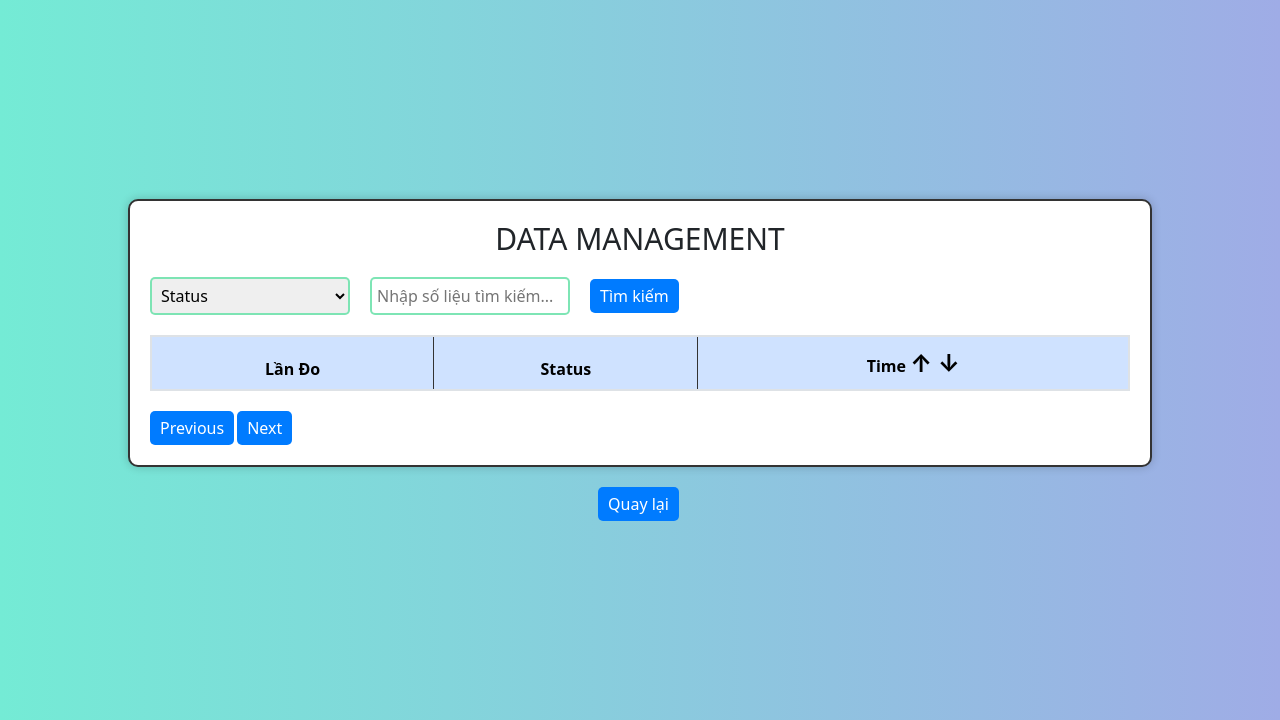
Repository: ndmq03102002/BTL_IOT
Page: Fontend_IOT/iot/history.html
These files come from the project's save history. The page is drawn as it stood at one moment and after the next save; the edit follows.
The browser window is 1280 px wide. The pictures show the whole page.
The page's requests for data from a server got no answer. Some web libraries are served in a nearby version.

Above is the page before, as saved 2023-11-03 09:35:02.

After the next save:
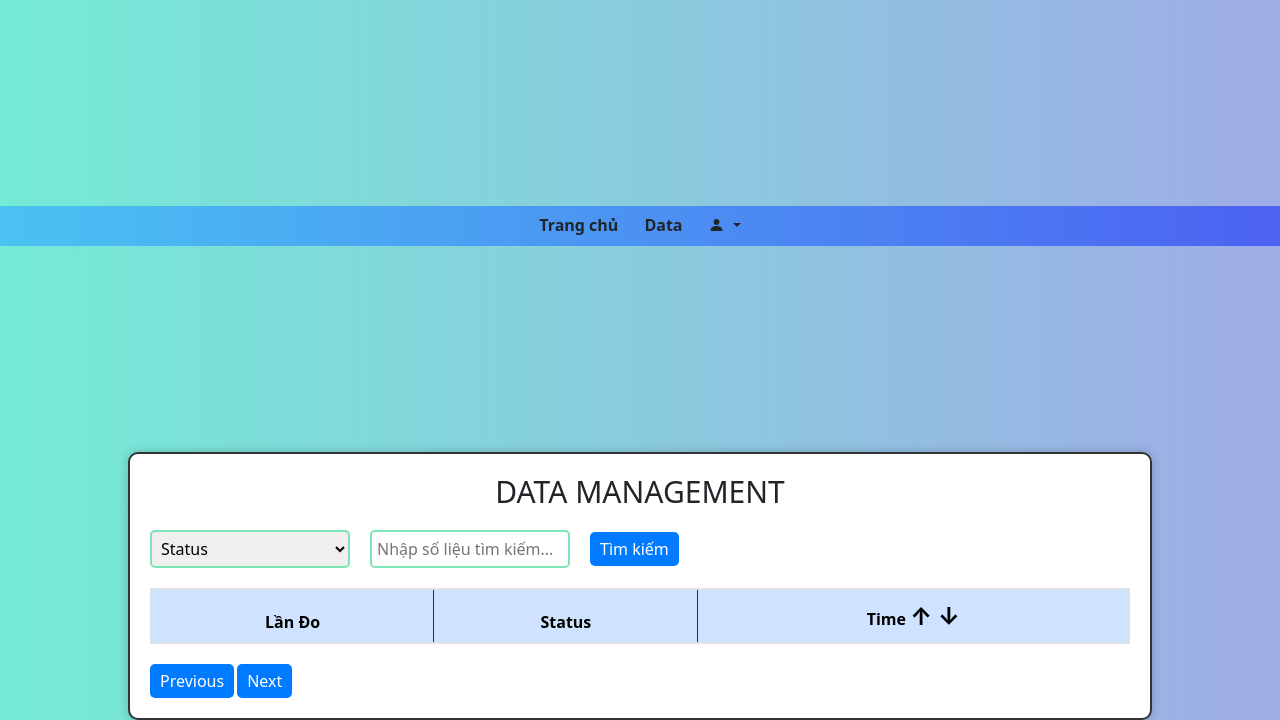
Saved 2 min 15 s later.
--- a/Fontend_IOT/iot/history.html
+++ b/Fontend_IOT/iot/history.html
@@ -3,8 +3,13 @@
 <head>
     <meta charset="UTF-8">
     <meta name="viewport" content="width=device-width, initial-scale=1.0">
-    <title>Data</title>
+    <title>Document</title>
+    <link rel="stylesheet" href="style.css">
     <link rel="stylesheet" href="bootstrap/css/bootstrap.css">
+    <script src="https://cdnjs.cloudflare.com/ajax/libs/Chart.js/2.9.4/Chart.js"></script>
+    <script src="https://kit.fontawesome.com/1be2f108e2.js" crossorigin="anonymous"></script>
+    <link rel="stylesheet" href="https://cdn.jsdelivr.net/npm/bootstrap-icons@1.10.5/font/bootstrap-icons.css">
+    <link rel="stylesheet" href="https://cdnjs.cloudflare.com/ajax/libs/font-awesome/6.0.0/css/all.min.css" integrity="sha512-9usAa10IRO0HhonpyAIVpjrylPvoDwiPUiKdWk5t3PyolY1cOd4DSE0Ga+ri4AuTroPR5aQvXU9xC6qOPnzFeg==" crossorigin="anonymous" referrerpolicy="no-referrer" />
     <style>
         body {
             background: linear-gradient(to right, #74ebd5, #9face6);
@@ -98,6 +103,22 @@
         }
     </style>
 </head>
+<header style="width: 100%; height: 40px; margin :auto;background: linear-gradient(to right, #4ac2f2, #4c62f2)">
+    <div class="col-sm-12 data">
+        <a href="index.html" class="btn" style="font-weight: bold;">Trang chủ</a>
+        <a href="data.html" class="btn" style="font-weight: bold;">Data</a>
+        <div class="btn-group" >
+            <a class="btn btn-white dropdown-toggle"  href="#" role="button" data-bs-toggle="dropdown" aria-expanded="false">
+                <i class="bi bi-person-fill"></i>
+            </a>
+            <ul class="dropdown-menu">
+                <li><a href="javascript:" class="dropdown-item"><i class="bi bi-person"></i> MSV: B20DCCN567</a></li>
+                <li><a href="javascript:" class="dropdown-item"><i class="bi bi-phone"></i> Phone: 0961264306</a></li>
+                <li><a href="message.html" class="dropdown-item"><i class="bi bi-envelope"></i> Email: Nguyendinhmanhquynh@gmail.com</a></li>
+            </ul>
+          </div>
+    </div>
+</header>
 <body>
     <div class="container">
         <h1 style="text-align: center; font-size: 30px;">DATA MANAGEMENT</h1>
@@ -131,20 +152,10 @@
             <button id="nextBtn">Next</button>
         </div>
     </div>
-    <button
-      style="
-        margin-top: 20px;
-        border-radius: 5px;
-        background-color: #007bff;
-        color: #fff;
-        border: none;
-        padding: 5px 10px;
-      "
-    >
-      <a href="index.html" style="text-decoration: none; color: #fff"
-        >Quay lại</a
-      >
-    </button>
+
 </body>
 <script src="historyJs.js"></script>
+<script src="jquery.js"></script>
+    <script src="popper.min.js"></script>
+    <script src="bootstrap/js/bootstrap.min.js"></script>
 </html>
